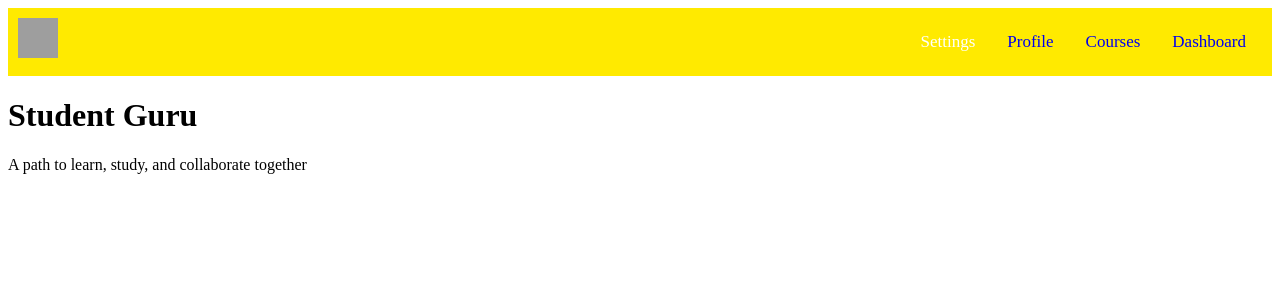
Repository: Priyadharshini-J-CSE/Intership-2025-december
Page: dashboard.html
The author's editor kept a copy of each file at every save. The page is drawn from the files as they stood at one save, then again after the next save.
The browser window is 1280 px wide. The pictures show the whole page.
Pictures or frames that could not be fetched are drawn as grey boxes.

Above is the page before, as saved 2025-12-01 14:31:27.

After the next save:
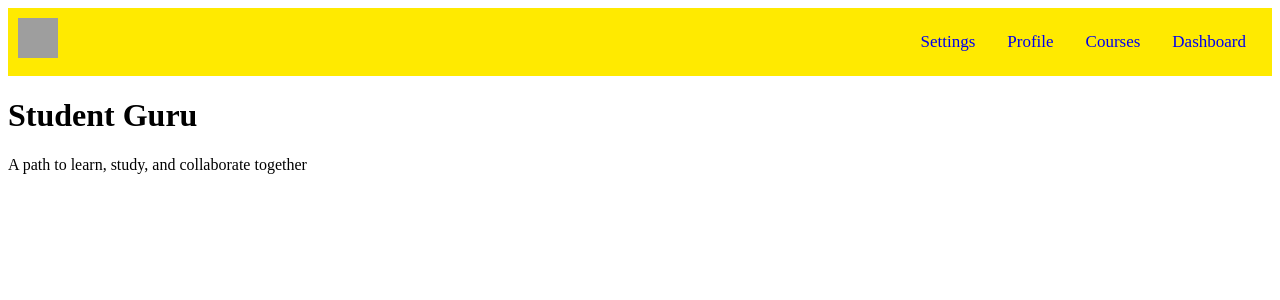
Saved 4 s later.
--- a/dashboard.html
+++ b/dashboard.html
@@ -28,7 +28,7 @@
     <a href="dashboard.html" >Dashboard</a>
     <a href="courses.html" >Courses</a>
     <a href="profile.html" >Profile</a>
-    <a href="settings.html" style="color: white">Settings</a>
+    <a href="settings.html" >Settings</a>
 </nav>
 <body>
 
